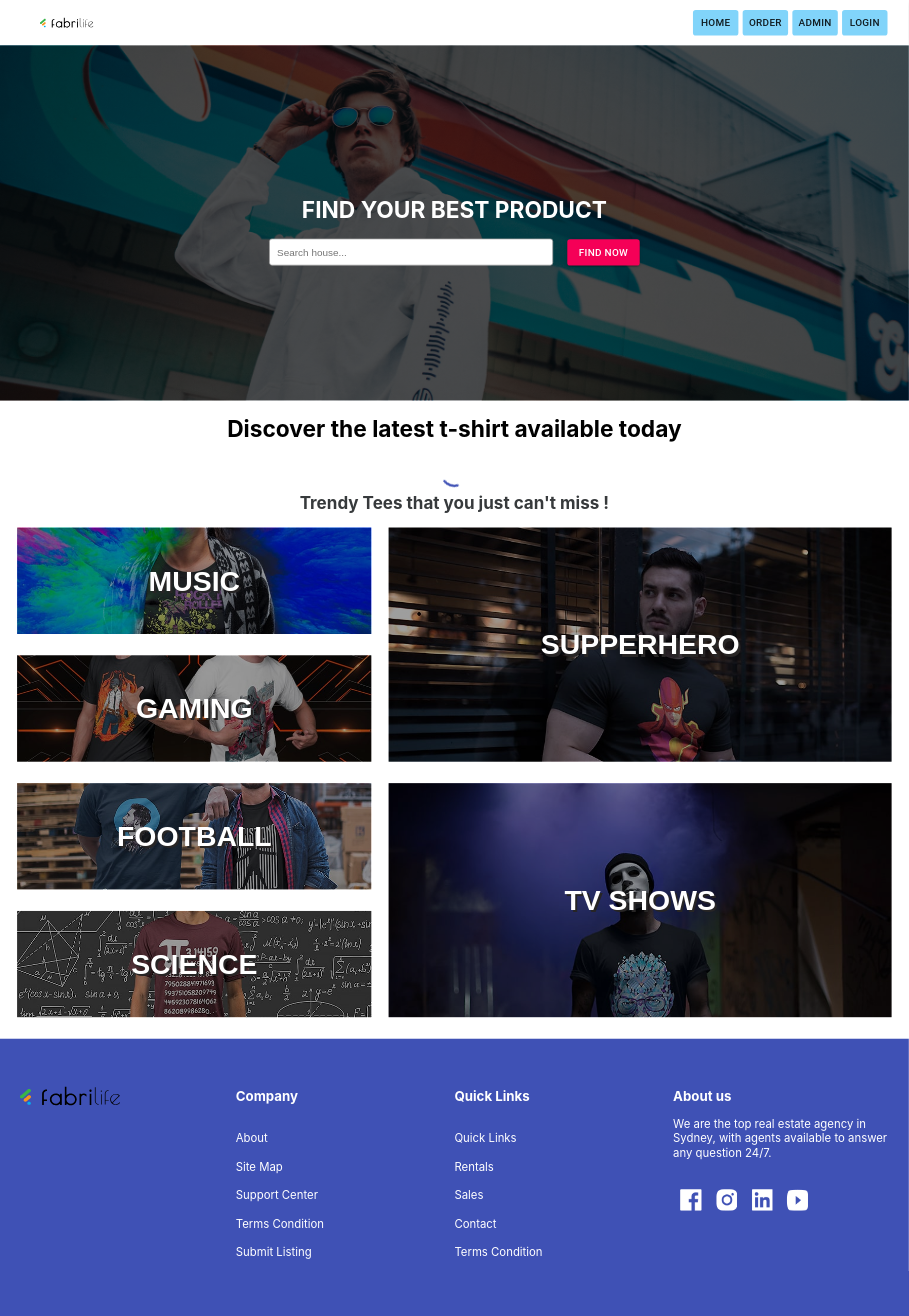
Repository: arif286/fabrilife-E-commerce-client-site
Page: /
The author's editor kept a copy of each file at every save. The page is drawn from the files as they stood at one save, then again after the next save.
The browser window is 1280 px wide. The pictures show the whole page, at 71% of full size.
The page's requests for data from a server got no answer. The project was rebuilt for these pictures with package versions that can differ from the ones it lists, and the page was loaded fresh each time. No one was signed in, and anything a server would have sent is missing. Also part of the build but not shown: src/components/Admin/Admin.css, src/components/Admin/AddEvent/AddEvent.css, src/components/Admin/AddEvent/AddEvent.js, src/components/Admin/ProductManage/ProductManage.js, src/components/Admin/Sidebar/Sidebar.css, src/components/Admin/Sidebar/Sidebar.js, src/components/Admin/Admin.js, src/components/CheckOut/CheckOut.css and 10 more.

Above is the page before, as saved 2021-04-01 19:24:26.

After the next save:
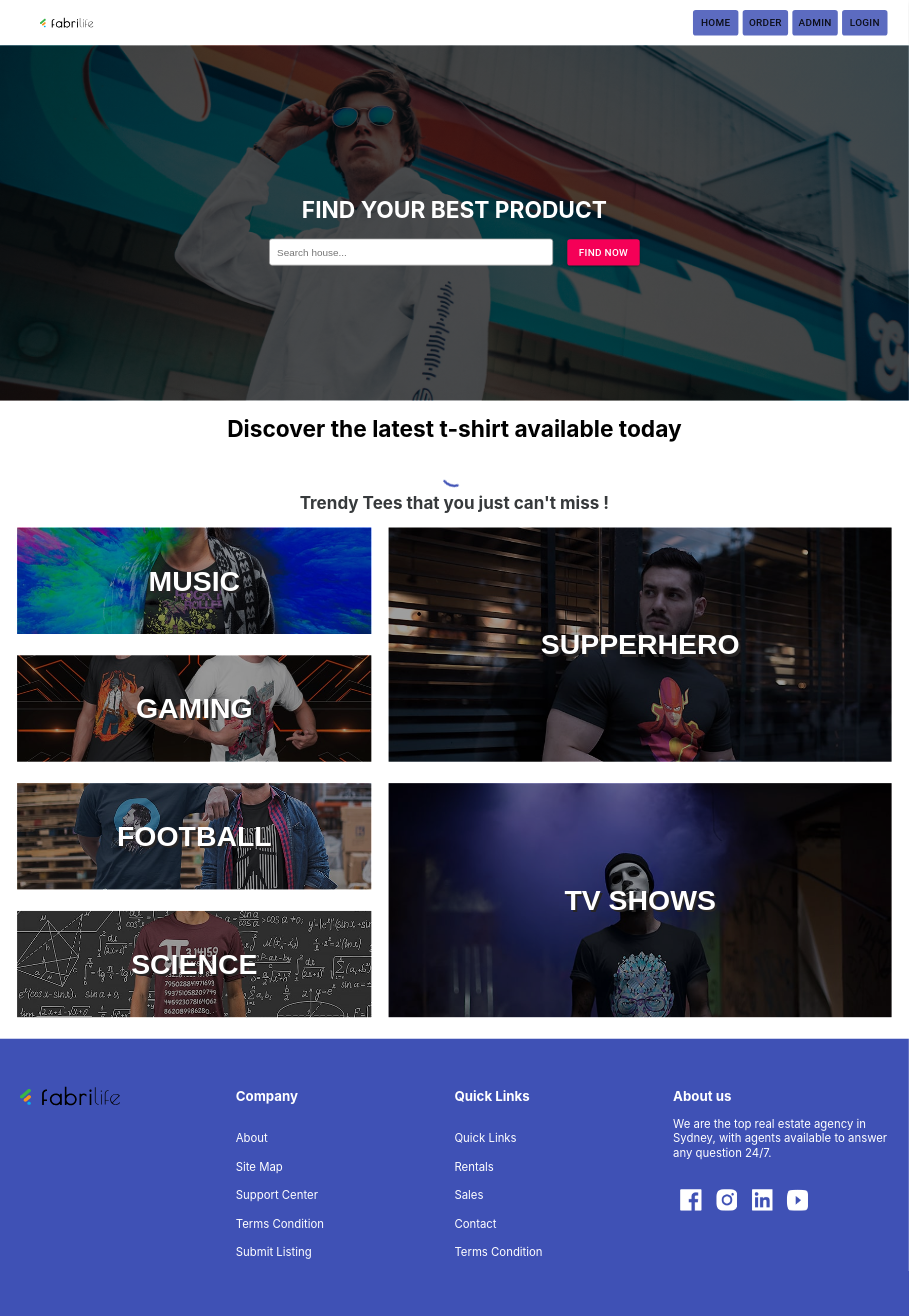
Saved 11 s later.
--- a/src/components/Header/Header.js
+++ b/src/components/Header/Header.js
@@ -37,8 +37,8 @@
     backgroundColor: "white",
   },
   button: {
-    backgroundColor: "#81d4fa",
-    marginRight: '6px'
+    backgroundColor: "#5c6bc0",
+    marginRight: "6px",
   },
 }));
 

After the save that followed:
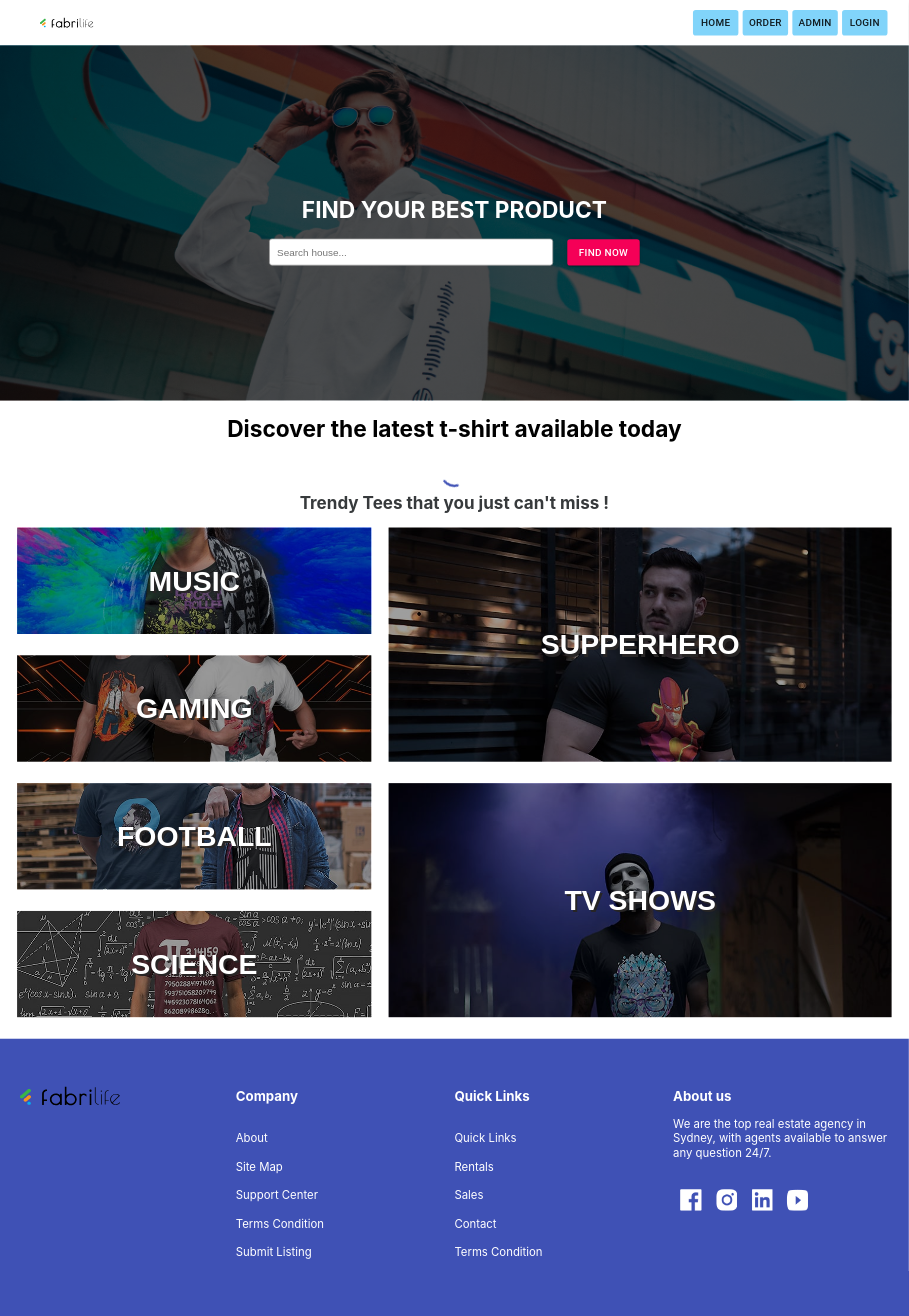
Saved 14 s later.
--- a/src/components/Header/Header.js
+++ b/src/components/Header/Header.js
@@ -37,8 +37,8 @@
     backgroundColor: "white",
   },
   button: {
-    backgroundColor: "#5c6bc0",
-    marginRight: "6px",
+    backgroundColor: "#81d4fa",
+    marginRight: '6px'
   },
 }));
 
